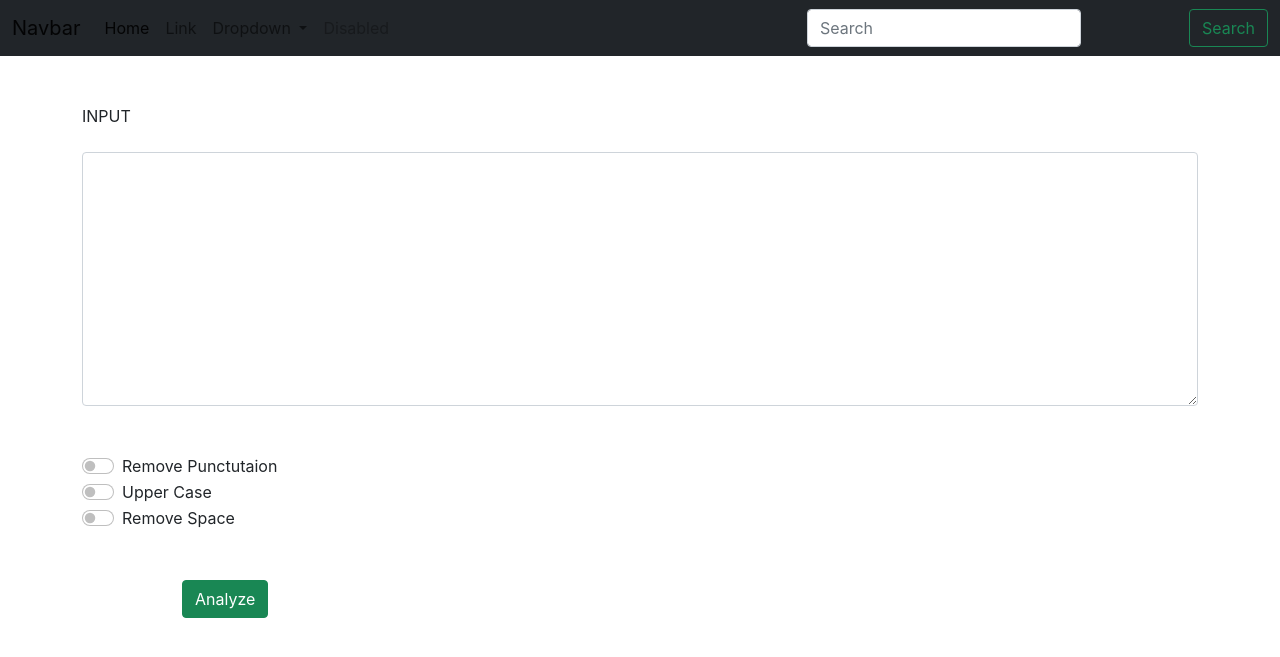
Repository: thenameisshreyank/Textutility
Page: http://localhost/
These files come from the project's save history. The page is drawn as it stood at one moment and after the next save; the edit follows.
The browser window is 1280 px wide. The pictures show the whole page.
The page is served by the project's application, run on Django 4.2 (manage.py). Other server files are loaded and not shown.

Above is the page before, as saved 2022-04-15 10:48:44.

### templates/index.html
<!DOCTYPE html>
<html lang="en">
<head>
    <meta charset="UTF-8">
    <meta http-equiv="X-UA-Compatible" content="IE=edge">
    <meta name="viewport" content="width=device-width, initial-scale=1.0">
    <!-- CSS only -->
<link href="https://cdn.jsdelivr.net/npm/bootstrap@5.1.3/dist/css/bootstrap.min.css" rel="stylesheet" integrity="sha384-1BmE4kWBq78iYhFldvKuhfTAU6auU8tT94WrHftjDbrCEXSU1oBoqyl2QvZ6jIW3" crossorigin="anonymous">
    <title>Document</title>
    <style>
      *{
        font-family: -apple-system, BlinkMacSystemFont, 'Segoe UI', Roboto, Oxygen, Ubuntu, Cantarell, 'Open Sans', 'Helvetica Neue', sans-serif;
      }
      #text{
        margin-left: 100px;
        width: 80%;
        margin-right:100px;
      }
      #rf{
        margin-left: 100px;


      }
      button{
        margin-left: 100px;
      }


    </style>
</head>
<body>
    <nav class="navbar navbar-expand-lg navbar-light bg-dark">
        <div class="container-fluid">
          <a class="navbar-brand" href="https://getbootstrap.com/">Navbar</a>
          <button class="navbar-toggler" type="button" data-bs-toggle="collapse" data-bs-target="#navbarSupportedContent" aria-controls="navbarSupportedContent" aria-expanded="false" aria-label="Toggle navigation">
            <span class="navbar-toggler-icon"></span>
          </button>
          <div class="collapse navbar-collapse" id="navbarSupportedContent">
            <ul class="navbar-nav me-auto mb-2 mb-lg-0">
              <li class="nav-item">
                <a class="nav-link active" aria-current="page" href="#">Home</a>
              </li>
              <li class="nav-item">
                <a class="nav-link" href="#">Link</a>
              </li>
              <li class="nav-item dropdown">
                <a class="nav-link dropdown-toggle" href="#" id="navbarDropdown" role="button" data-bs-toggle="dropdown" aria-expanded="false">
                  Dropdown
                </a>
                <ul class="dropdown-menu" aria-labelledby="navbarDropdown">
                  <li><a class="dropdown-item" href="#">Action</a></li>
                  <li><a class="dropdown-item" href="#">Another action</a></li>
                  <li><hr class="dropdown-divider"></li>
                  <li><a class="dropdown-item" href="#">Something else here</a></li>
                </ul>
              </li>
              <li class="nav-item">
                <a class="nav-link disabled">Disabled</a>
              </li>
            </ul>
            <form class="d-flex">
              <input class="form-control me-2" type="search" placeholder="Search" aria-label="Search">
              <button class="btn btn-outline-success" type="submit">Search</button>
            </form>
          </div>
        </div>
      </nav><br><br>
      <form action="analyze" method="get">
        <div class="container">
        <div class="form-group">
          <label for="exampleFormControlTextarea1">INPUT</label><br><br>
          <textarea class="form-control" id="textarea" name="text" rows="10"></textarea>
        </div><br><br>
        <div class="form-check form-switch">
          <input class="form-check-input" type="checkbox" role="switch" value="true" name="rf" id="flexSwitchCheckDefault">
          <label class="form-check-label" for="flexSwitchCheckDefault">Remove Punctutaion</label>
        </div>
        <div class="form-check form-switch">
          <input class="form-check-input" type="checkbox" name="upper" value="true" role="switch" id="flexSwitchCheckDefault">
          <label class="form-check-label" for="flexSwitchCheckDefault">Upper Case</label>
        </div>
        <div class="form-check form-switch">
          <input class="form-check-input" type="checkbox" name="space" value="true" role="switch" id="flexSwitchCheckDefault">
          <label class="form-check-label" for="flexSwitchCheckDefault">Remove Space</label>
        </div>
        <br><br><button type="submit" class="btn btn-success" id="analyze">Analyze</button>
        </div>
      </form>
</body>
</html>

### c1/views.py

from django.http import HttpResponse
from django.shortcuts import render

from django.http import HttpResponse
# Create your views here.

def nav(request):
    return render(request,"index.html")

def analyze(request):
    rawtext=request.GET.get('text')
    pun=request.GET.get('rf')
    uc=request.GET.get('upper')
    space=request.GET.get('space')
    answer=""
    ans1=""
    if pun=='true':
        punctuation='''!@#$%^&*()_;+<>?/~`"='''
        for x in rawtext:
            if x not in punctuation:
             answer=answer+x
    else:
        answer=rawtext
    if uc=="true":
        # for ch in rawtext:
        answer=answer.upper()

    if space=="true":
        for ch in answer:
            if ch==" ":
                pass
            else:
                ans1=ans1+ch
        answer=ans1
    return render(request,'analyze.html',{'ans':answer})

### c/urls.py
"""c URL Configuration

The `urlpatterns` list routes URLs to views. For more information please see:
    https://docs.djangoproject.com/en/4.0/topics/http/urls/
Examples:
Function views
    1. Add an import:  from my_app import views
    2. Add a URL to urlpatterns:  path('', views.home, name='home')
Class-based views
    1. Add an import:  from other_app.views import Home
    2. Add a URL to urlpatterns:  path('', Home.as_view(), name='home')
Including another URLconf
    1. Import the include() function: from django.urls import include, path
    2. Add a URL to urlpatterns:  path('blog/', include('blog.urls'))
"""

from django.contrib import admin
from django.urls import include, path

urlpatterns = [
    path('admin/', admin.site.urls),
    path('',include('c1.urls')),
]

### c1/urls.py




from . import views
from django.urls import path


urlpatterns=[
    path('',views.nav),
    path('analyze/',views.analyze),
]

After the next save:
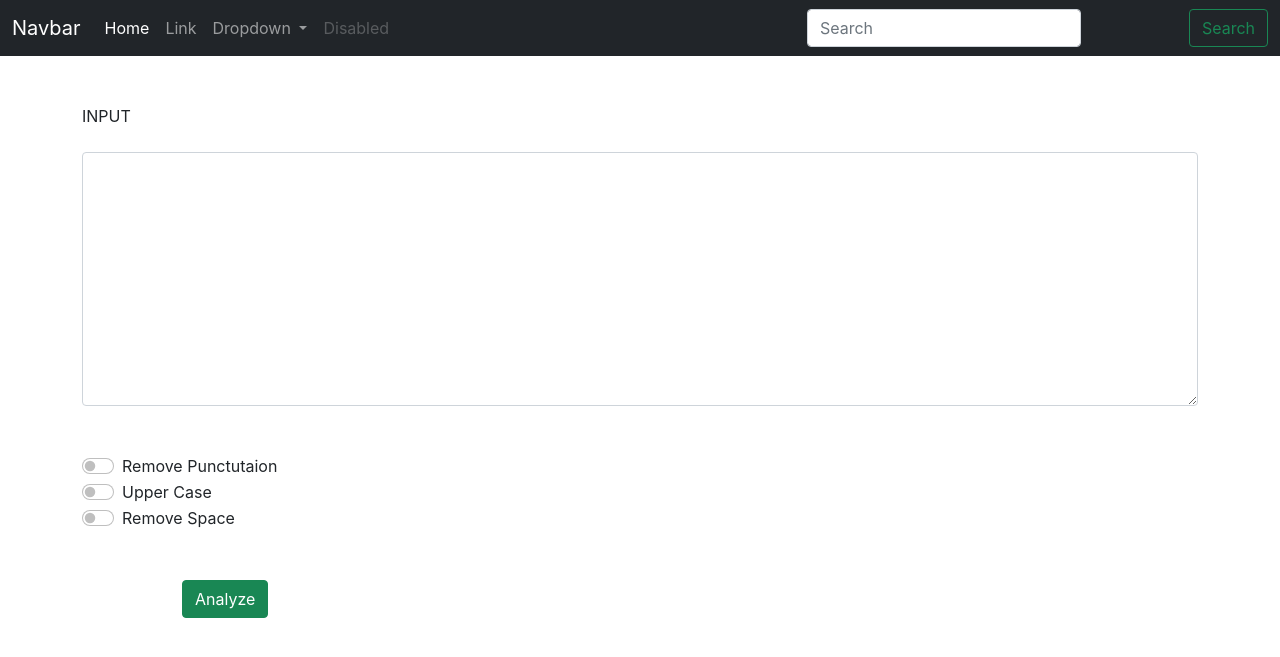
Saved 8 s later.
--- a/templates/index.html
+++ b/templates/index.html
@@ -29,7 +29,7 @@
     </style>
 </head>
 <body>
-    <nav class="navbar navbar-expand-lg navbar-light bg-dark">
+    <nav class="navbar navbar-expand-lg navbar-dark bg-dark">
         <div class="container-fluid">
           <a class="navbar-brand" href="https://getbootstrap.com/">Navbar</a>
           <button class="navbar-toggler" type="button" data-bs-toggle="collapse" data-bs-target="#navbarSupportedContent" aria-controls="navbarSupportedContent" aria-expanded="false" aria-label="Toggle navigation">
